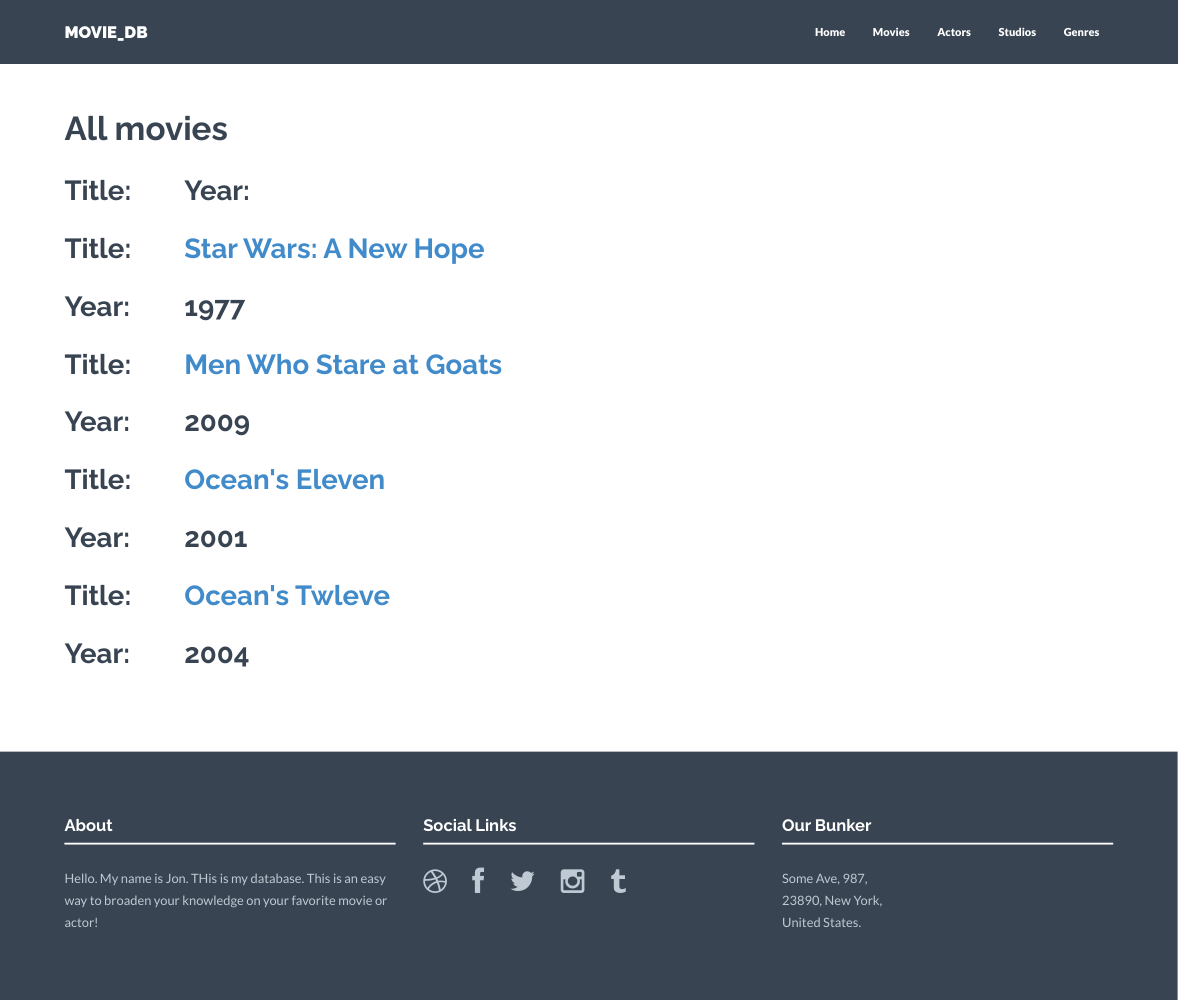
Repository: jonak91/Buzzerd-index
Page: http://localhost/movies.php
The author's editor kept a record of every edit. The page is drawn from the files as they stood at one moment, then again after the next edit.
The browser window is 1280 px wide. The pictures show the whole page, at 92% of full size.
Some web libraries are served in a nearby version. The page is run by PHP 8.4 with error messages shown; the project is at /var/www/html/. The database holds what the project's SQL file puts in it.

Above is the page before.
Not found: assets/js/modernizr.js

After the next edit:
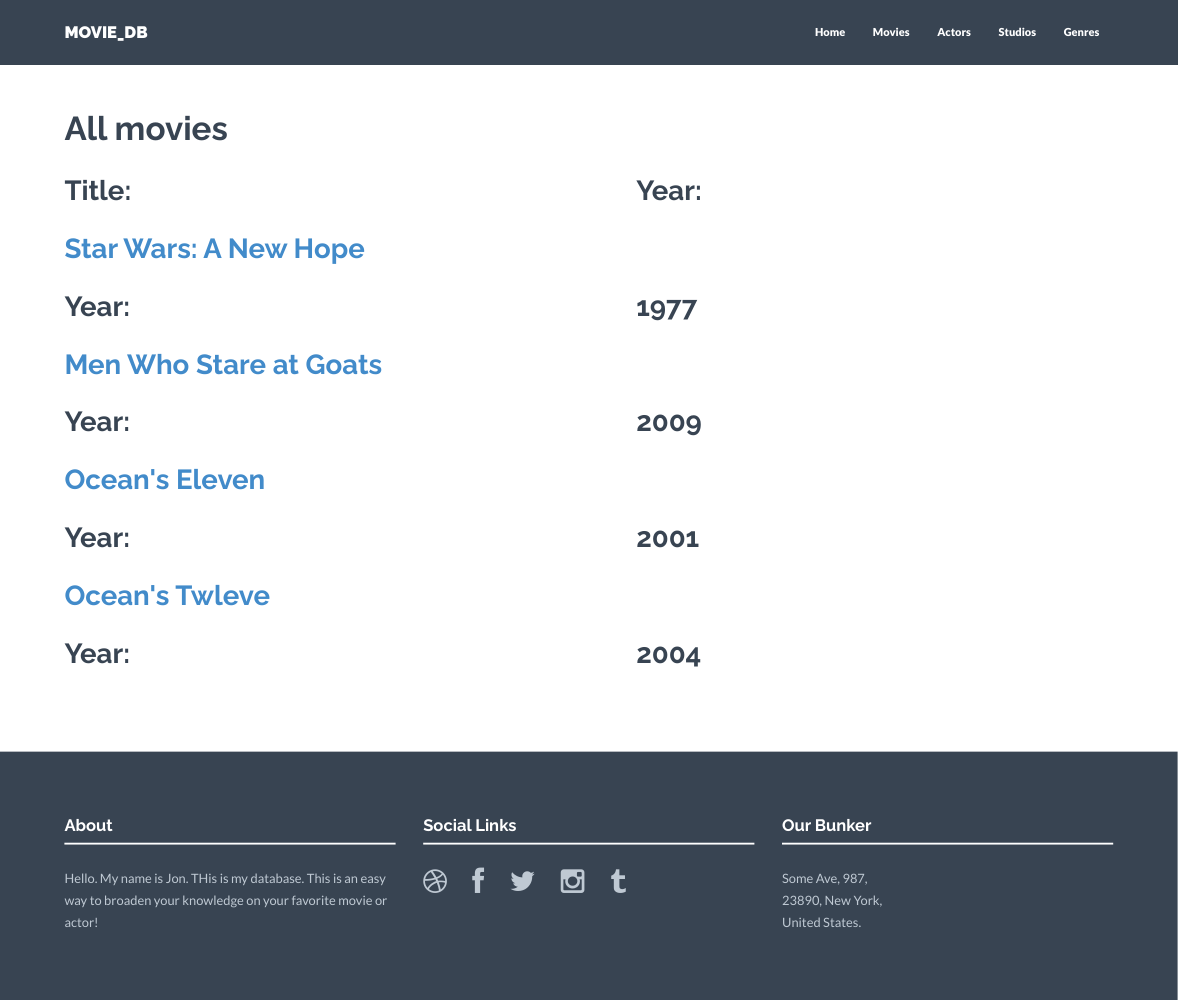
The edit:
--- a/movies.php
+++ b/movies.php
@@ -15,7 +15,7 @@
 		 		foreach ($movies as $movie) {
 		 		?>
 		 		<tr>
-		 		<td><h2>Title:</h2></td>
+
 		 		<td><h2><a href="movie.php?mID=<?php echo $movie['mID']; ?>"><?php echo $movie['title']; ?></a></h2></td>
 		 		</tr>
 		 		<tr>
